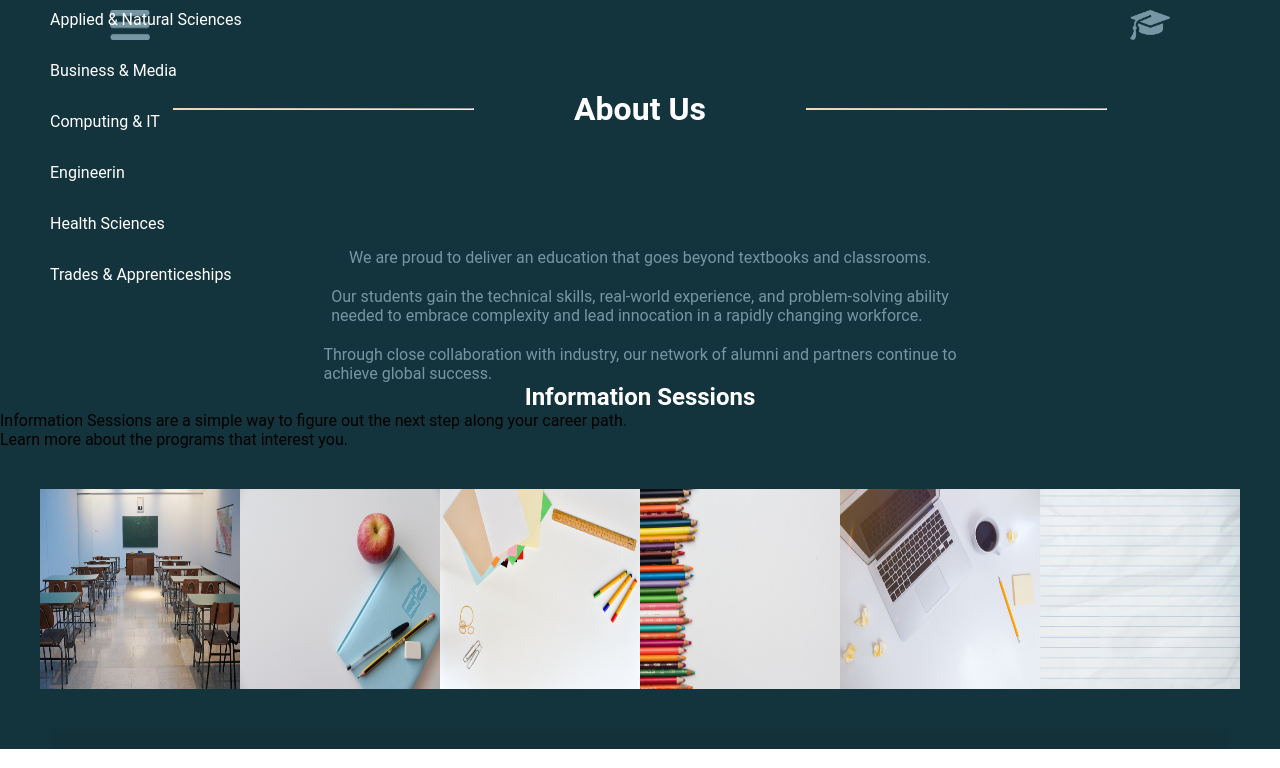
Repository: Sheraliramzan/Aly_A01253508_Assignment1
Page: /about
The author's editor kept a copy of each file at every save. The page is drawn from the files as they stood at one save, then again after a run of saves.
The browser window is 1280 px wide. The pictures show the whole page.
The project was rebuilt for these pictures with package versions that can differ from the ones it lists, and the page was loaded fresh each time. The framework's server and built-in components were replaced by stand-ins that run in the browser. Also part of the build but not shown: next.config.js.

Above is the page before, as saved 2023-02-05 08:49:27.

After the next 4 saves:
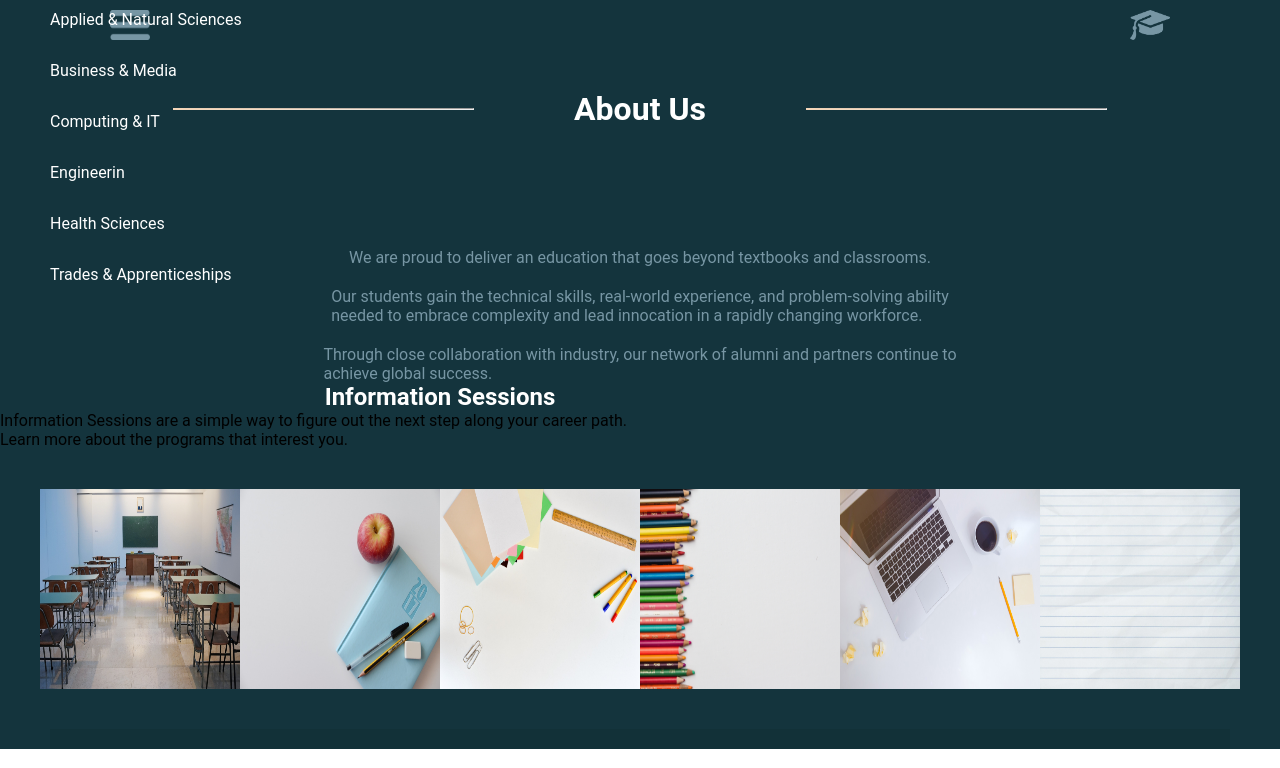
The 4 saves are shown as one change because they came seconds apart.
The last was saved 17 s later.
--- a/styles/globals.css
+++ b/styles/globals.css
@@ -163,6 +163,7 @@ ul > li {
   display: flex;
   flex-direction: column;
   align-items: center;
+  margin-right: 400px;
   color: var(--primary-color);
 }
 #carouselImage{
